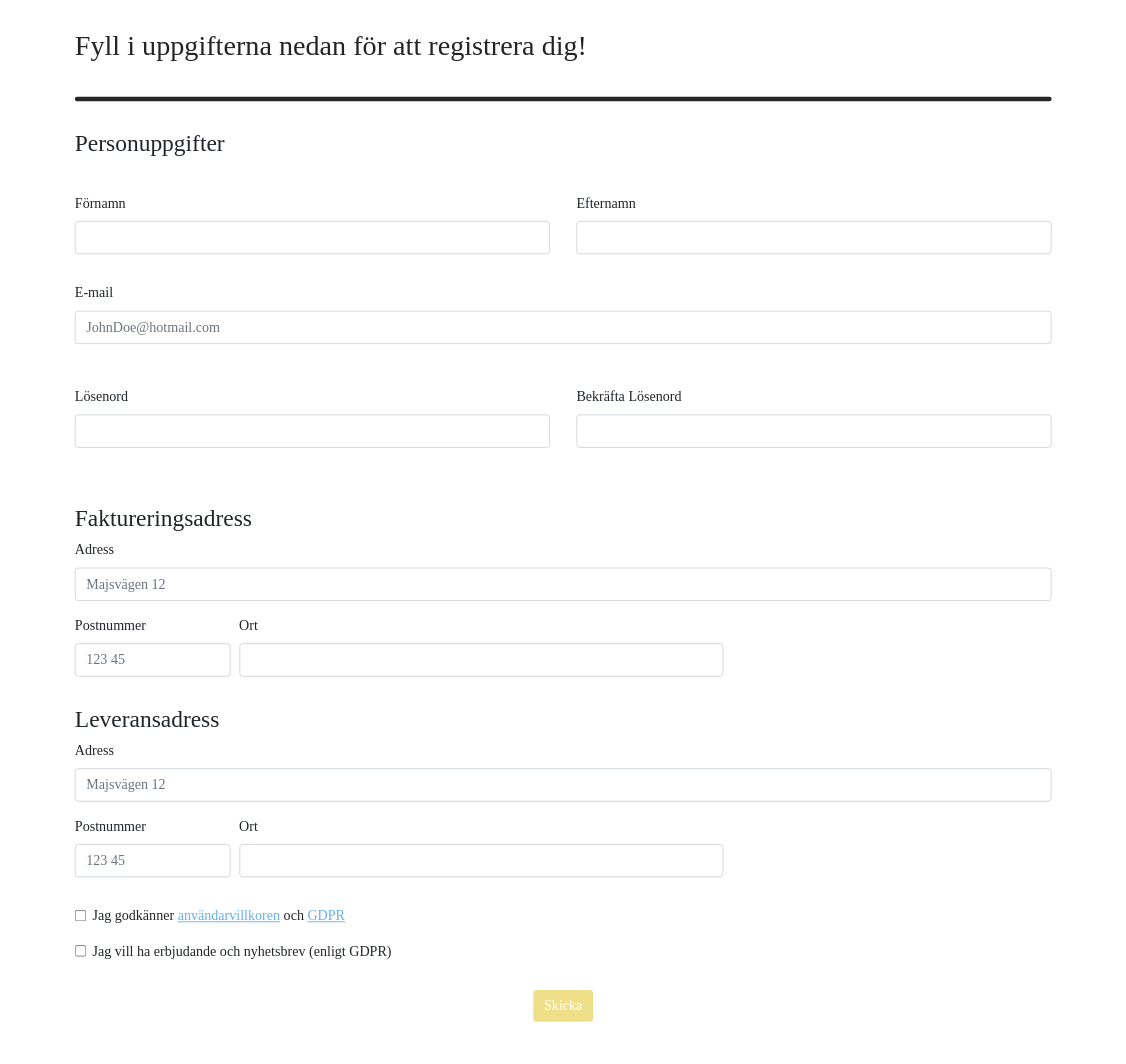
Repository: skepp4rn/Liamsuppgift3
Page: index.html
An editor plug-in stored every save of this project. The page is shown before and after the next save, followed by the edit.
The browser window is 1280 px wide. The pictures show the whole page, at 88% of full size.
Some web libraries are served in a nearby version.

Above is the page before, as saved 2020-12-06 13:34:23.
Console error (its wording comes from the project's code and is left out).

### index.html
<!DOCTYPE html>
<html lang="sv">
<head>
    <meta charset="UTF-8">
    <meta name="viewport" content="width=device-width, initial-scale=1.0">
    <script src="https://kit.fontawesome.com/ef4c0722a8.js" crossorigin="anonymous"></script>
    <link rel="stylesheet" href="https://cdn.jsdelivr.net/npm/bootstrap@4.5.3/dist/css/bootstrap.min.css" integrity="sha384-TX8t27EcRE3e/ihU7zmQxVncDAy5uIKz4rEkgIXeMed4M0jlfIDPvg6uqKI2xXr2" crossorigin="anonymous">
    <link rel="stylesheet" href="css/style.css">
     <title>Registreringsfromulär</title>
</head>
<body>


    <section class="container">
        <div class="formReg1">
            <h2>Fyll i uppgifterna nedan för att registrera dig!</h2>
        </div>
    </section>


    <form class="container" oninput='up2.setCustomValidity(up2.value != up.value ? "Passwords do not match." : "")'>
        <div class="line1"></div>
        <div>
            <h3>Personuppgifter</h3>
        </div>


        <div class="row">
            <div class="col">
                <label for="firstname">Förnamn</label>
                <input id="firstname" type="text" class="form-control" required>
            </div>

            <div class="col">
                <label for="lastname">Efternamn</label>
                <input id="lastname" type="text" class="form-control" required>
            </div>
        </div>


        <div class="form-group">
            <label for="exampleInputEmail1">E-mail</label>
            <input type="email" class="form-control" id="exampleInputEmail1" aria-describedby="emailHelp" placeholder="JohnDoe@hotmail.com" required>
        </div>


        <div class="row">
            <div class="col">
                <div class="form-group">
                    <label for="exampleInputPassword1">Lösenord</label>
                    <input type="password" class="form-control" name="up" id="exampleInputPassword1" required>
                </div>
            </div>
            <div class="col">
                <div class="form-group space">
                    <label for="exampleInputPassword2">Bekräfta Lösenord</label>
                    <input type="password" class="form-control" name="up2" id="exampleInputPassword2" required>
                </div>
            </div>
        </div>


        <div class="adress1"></div>
        <div>
            <h3>Faktureringsadress</h3>
        </div>


        <div class="form-group">
            <label for="inputAddress">Adress</label>
            <input type="text" class="form-control" id="inputAddress" placeholder="Majsvägen 12" required>
        </div>


        <div class="form-row">
            <div class="form-group col-md-2">
                <label for="inputZip">Postnummer</label>
                <input type="text" class="form-control" id="inputZip" placeholder="123 45" required>
            </div>
            <div class="form-group col-md-6 bottom">
                <label for="inputCity">Ort</label>
                <input type="text" class="form-control" id="inputCity" required>
            </div>
        </div>


        <div class="adress1"></div>
        <div>
            <h3>Leveransadress</h3>
        </div>


        <div class="form-group">
            <label for="inputAddress">Adress</label>
            <input type="text" class="form-control" id="inputAddress" placeholder="Majsvägen 12" required>
        </div>


        <div class="form-row">
            <div class="form-group col-md-2">
                <label for="inputZip">Postnummer</label>
                <input type="text" class="form-control" id="inputZip" placeholder="123 45" required>
            </div>
            <div class="form-group col-md-6 bottom">
                <label for="inputCity">Ort</label>
                <input type="text" class="form-control" id="inputCity" required>
            </div>
        </div>


        <div class="form-group form-check">
            <input type="checkbox" class="form-check-input" id="exampleCheck1" required>
            <label class="form-check-label" for="exampleCheck1">Jag godkänner <a class="linktext" href="anvandrarvillkor.html">användarvillkoren</a> och <a class="linktext" href="GDPR.html">GDPR</a></label>
        </div>


        <div class="form-group form-check">
            <input type="checkbox" class="form-check-input" id="exampleCheck2">
            <label class="form-check-label" for="exampleCheck1">Jag vill ha erbjudande och nyhetsbrev (enligt GDPR)</label>
        </div>


        <div class="button-center">
            <button formaction="thankyou.html" type="submit" class="colorbutton btn btn-primary">Skicka</button>
        </div>


        <div class="whitespace"></div>
    </form>

    <script src="https://cdn.jsdelivr.net/npm/bootstrap@4.5.3/dist/js/bootstrap.bundle.min.js" integrity="sha384-ho+j7jyWK8fNQe+A12Hb8AhRq26LrZ/JpcUGGOn+Y7RsweNrtN/tE3MoK7ZeZDyx" crossorigin="anonymous"></script>
</body>
</html>

### css/style.css
*{box-sizing:border-box}

html,body{margin:0;padding:0;font-family:'Times New Roman', Times, serif}
h3{font-size:20pt}.container{width:95vw;margin:auto}
.row{padding-top:2rem;display:grid;grid-template-columns:2fr;grid-template-rows:2fr 2fr}
.col{padding-bottom:2rem}
.whitespace{height:3rem}
@media (min-width: 768px){.row{display:grid;grid-template-rows:2fr;grid-template-columns:2fr 2fr}
.closepage{width:12vw;height:7vw !important;font-size:25pt}
.formReg1{grid-template-rows:15fr 1fr !important;padding-top:2rem;padding-bottom:2rem}
.thanks{width:70vw;margin:auto;height:40vw}
.thankyou{text-align:center;padding:2rem}}
@media (min-width: 1900px){.container{width:100vw !important}
.thanks{width:50vw;margin:auto;height:20vw}.tillbaka{width:12vw !important;height:2.5vw !important;font-size:20pt}
.formReg1{grid-template-rows:15fr 1fr !important;padding-top:2rem;padding-bottom:2rem}}
#firstname{color:#b6b6b6}
#lastname{color:#b6b6b6}
#exampleInputEmail1{color:#b6b6b6}
#exampleInputPassword1{color:#b6b6b6}
#exampleInputPassword2{color:#b6b6b6}
.button-center{padding-top:1rem;display:flex;justify-content:center}
.colorbutton{background-color:#eedf88;border:none}
.line1{height:5px; border-radius: 6rem; background-color:#272727;margin-bottom:2rem}
.bottom{margin-bottom:2rem}
.linktext{color:#67b0ec;text-decoration:underline}
.thanks{border:2px solid #eedf88;border-radius:10px;display:grid;grid-template-columns:1fr;grid-template-rows:3fr 1fr;justify-items:center;margin-top:8rem}
.thankyou{text-align:center;padding:2rem}
.closepage{background-color:#eedf88;border-radius:8px;text-align:center;width:40vw;height:7vw}
.closepage p{color:#ffffff;text-decoration:none}
.home{text-align:center}
.centrerade{display:grid;grid-template-columns:1fr;grid-template-rows:27fr 1fr;justify-items:center;margin:auto}
.gdpr{text-align:center}.welcome{padding-top:2rem;text-align:center}
.formReg1 h2{color:#242424}
.space{padding-bottom:1rem}

After the next save:
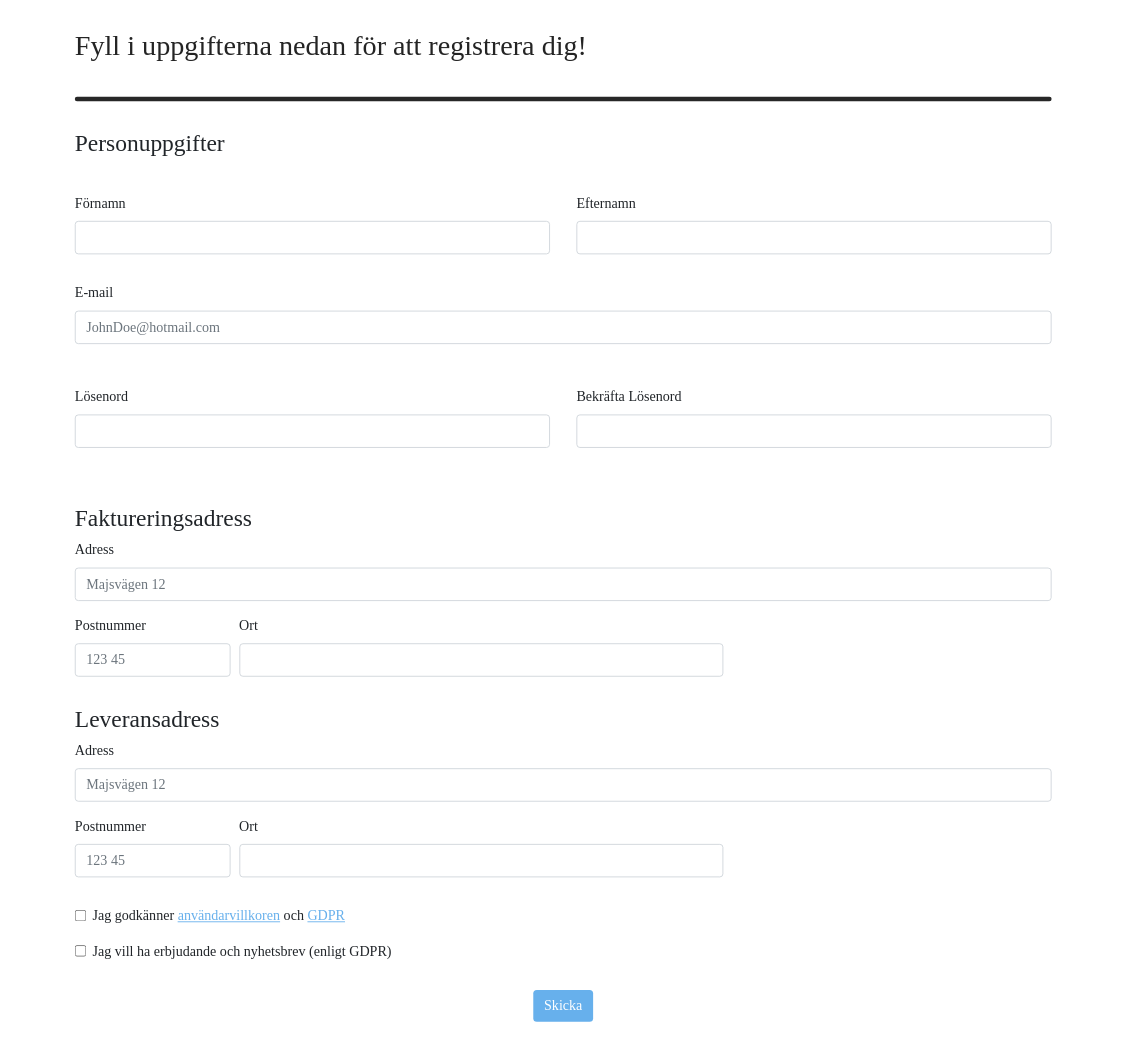
Saved 22 s later.
--- a/css/style.css
+++ b/css/style.css
@@ -19,7 +19,7 @@ h3{font-size:20pt}.container{width:95vw;margin:auto}
 #exampleInputPassword1{color:#b6b6b6}
 #exampleInputPassword2{color:#b6b6b6}
 .button-center{padding-top:1rem;display:flex;justify-content:center}
-.colorbutton{background-color:#eedf88;border:none}
+.colorbutton{background-color:#67b0ec;border:none}
 .line1{height:5px; border-radius: 6rem; background-color:#272727;margin-bottom:2rem}
 .bottom{margin-bottom:2rem}
 .linktext{color:#67b0ec;text-decoration:underline}
